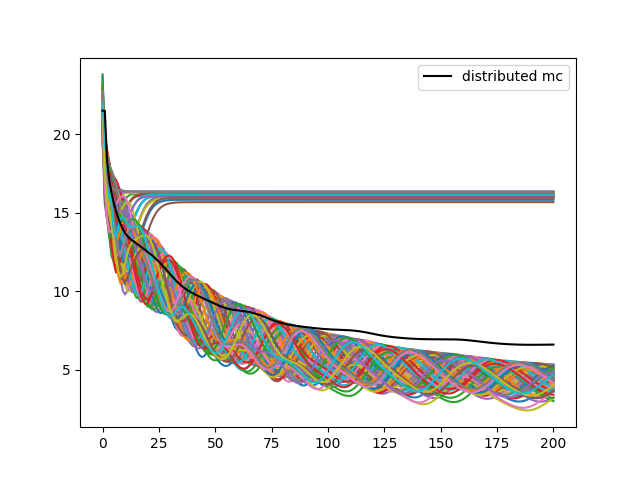
Repository: komuro-zero/distributed-optimization
Script's output: python main_weakly_sparse.py
These files come from the project's save history. The script's output is drawn as it stood at one moment and after the next save; the edit follows.
Random numbers start from a fixed seed.

Above is the script's output before, as saved 2019-09-26 10:13:03.

After the next save:
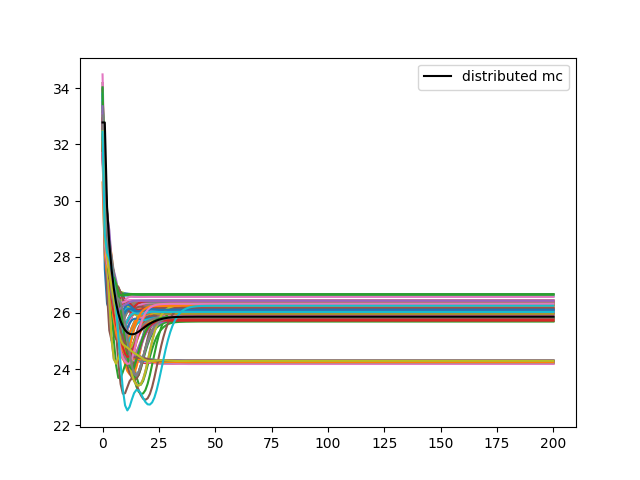
Saved 36 s later.
--- a/main_weakly_sparse.py
+++ b/main_weakly_sparse.py
@@ -10,7 +10,7 @@ class distributed_updates(functions):
 
     def __init__(self):
 
-        self.N = 30
+        self.N = 100
         self.m = 100
         self.r_i = 1
         self.iteration = 200
